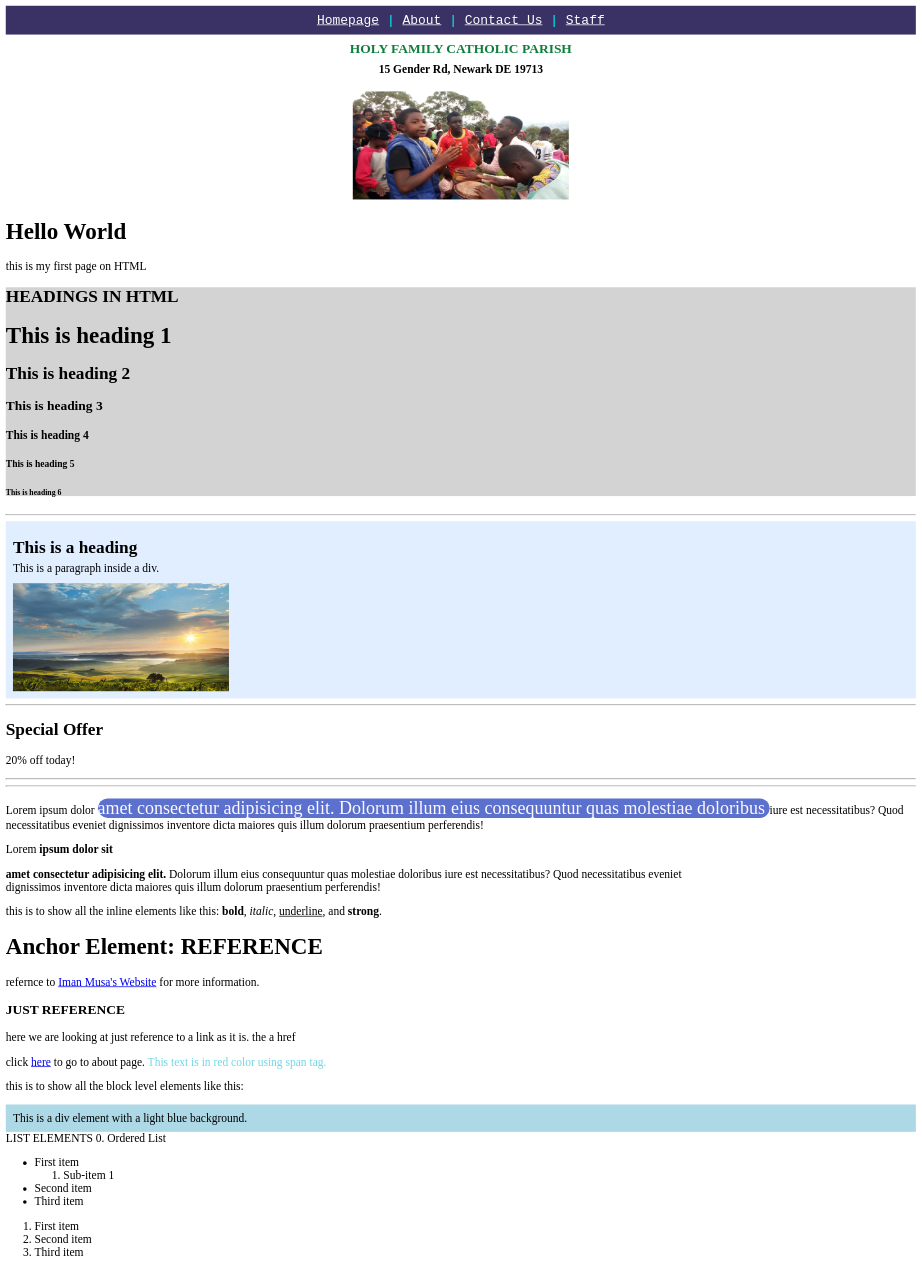
Repository: ficotims/HTML-RESTART
Page: Homepage.html
An editor plug-in stored every save of this project. The page is shown before and after the next save, followed by the edit.
The browser window is 1280 px wide. The pictures show the whole page, at 72% of full size.

Above is the page before, as saved 2026-02-10 17:10:14.

### Homepage.html
<!doctype html>
<html lang="en">
  <head>
    <meta charset="UTF-8" />
    <meta name="viewport" content="width=device-width, initial-scale=1.0" />
    <title>HTML Crash course with Iman Musa</title>
    <link rel="stylesheet" href="Style 1.css"/>
  </head>
  <body>

    <!-- NAVIGATION SECTION -->
        <div style="background-color: rgb(58, 49, 100); padding: 10px; text-align: center; color: aqua; font-size: 18px; font-family: monospace, Lemon milk;">
    <a href="Homepage.html" target="_top" style="color: white;">Homepage</a> |
    <a href="about.html" style="color: white;">About</a> | <a href="Contact us.html" style="color: white;">Contact Us</a> |
    <a href="staff.html" style="color: white;">Staff</a>
     </div>

 <div style="text-align: center;">
    <h3><span style="color: rgb(14, 126, 61);"><div style="line-height: 0;">HOLY FAMILY CATHOLIC PARISH</b></span></h3>
    <H4>15 Gender Rd, Newark DE 19713</H4>
    <img
        src="images/Acension.jpg"
        alt="Catholic Church Logo"
        width="300"
        height="150"
      />
      </div>

    <h1>Hello World</h1>
    <p>this is my first page on HTML</p>
    <!-- this is a comment and will not appear on the screen/ page -->
    <!-- let us introduce the headings -->
    <div style="background-color: lightgray; padding: px; text-align: left">
      <h2>HEADINGS IN HTML</h2>
    <h1>This is heading 1</h1>
    <h2>This is heading 2</h2>
    <h3>This is heading 3</h3>
    <h4>This is heading 4</h4>
    <h5>This is heading 5</h5>
    <h6>This is heading 6</h6>
    </div>

    <!-- here we are starting off LEARNING HOW TO USE THE <div> TAG -->
 <hr>
      <div style="background-color: rgb(224, 238, 255); padding: 10px; text-align: left; line-height: 0.5;">
  <h2>This is a heading</h2>
  <p>This is a paragraph inside a div.</p>
  <img src="images/landscape.jpg" alt="Landscape" width="300"
        height="150" />
</div>
<hr>
<div class="highlight-box">
  <h2>Special Offer</h2>
  <p>20% off today!</p>
</div>
<hr>

  <!-- SECTION AND CARDS -->


  <hr>
    <!-- thi is for paragraphs now -->
    <p>
      Lorem ipsum dolor <span class="body1">amet consectetur adipisicing elit. Dolorum illum
      eius consequuntur quas molestiae doloribus </span> iure est necessitatibus? Quod
      necessitatibus eveniet dignissimos inventore dicta maiores quis illum
      dolorum praesentium perferendis!
    </p>

    <p>
      Lorem <b>ipsum dolor sit <div>amet consectetur adipisicing elit.</b> Dolorum
      illum eius consequuntur quas molestiae doloribus iure est necessitatibus?
      Quod necessitatibus eveniet </div>dignissimos inventore dicta maiores quis illum
      dolorum praesentium perferendis!
    </p>


    <!-- this is for inline leve elements -->

    <p>
      this is to show all the inline elements like this: <b>bold</b>,
      <i>italic</i>, <u>underline</u>, and <strong>strong</strong>.
      <br />

      <!-- using the other inline elements: Anchor Elements (which are just links) -->
    </p>
    <h1>Anchor Element: REFERENCE</h1>
    refernce to
    <a href="https://www.google.com" target="_blank">Iman Musa's Website</a> for
    more information.
    <h3>JUST REFERENCE</h3>
    <p>here we are looking at just reference to a link as it is. the a href</p>
    click <a href="about.html" target="_blank">here</a> to go to about page.

    <!-- SPAN ELEMENT -->
    <span style="color: rgba(31, 190, 211, 0.63)">This text is in red color using span tag.</span>
    <p>
      <!-- now let us introduce the block level elements -->
      this is to show all the block level elements like this:
    </p>

    <div style="background-color: lightblue; padding: 10px">
      This is a div element with a light blue background.
    </div>

    <!-- this is LIST -->
<hi2>LIST ELEMENTS</h2>

    0. Ordered List

    <ul>
      <li>First item</li>
      <ol><li>Sub-item 1</li></ol>
      <li>Second item</li>
      <li>Third item</li>
    </ul>

    <ol>
      <li>First item</li>
      <li>Second item</li>
      <li>Third item</li>
    </ol>
  </body>
</html>

### Style 1.css
.body1 {
    color: rgb(255, 249, 249);
    background-color: rgb(92, 113, 206);
    border-radius: 50px;
    font-size: 25px;
}

.flyout {
    border: none;
    background-color: lightgreen;
    color: rgb(0, 0, 0);
    padding: 20px;
    margin: 15px;
    height: 250px;
    width: 200px;
}

After the next save:
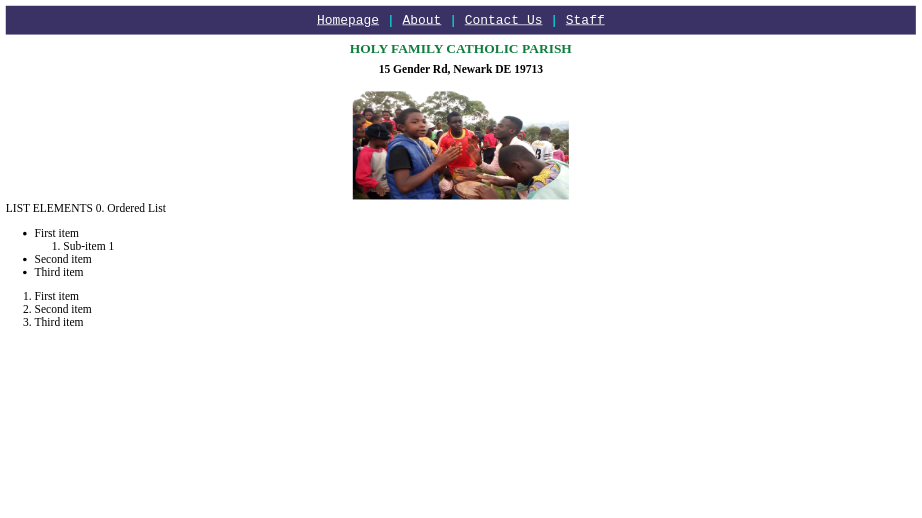
Saved 32 s later.
--- a/Homepage.html
+++ b/Homepage.html
@@ -26,83 +26,6 @@
       />
       </div>
 
-    <h1>Hello World</h1>
-    <p>this is my first page on HTML</p>
-    <!-- this is a comment and will not appear on the screen/ page -->
-    <!-- let us introduce the headings -->
-    <div style="background-color: lightgray; padding: px; text-align: left">
-      <h2>HEADINGS IN HTML</h2>
-    <h1>This is heading 1</h1>
-    <h2>This is heading 2</h2>
-    <h3>This is heading 3</h3>
-    <h4>This is heading 4</h4>
-    <h5>This is heading 5</h5>
-    <h6>This is heading 6</h6>
-    </div>
-
-    <!-- here we are starting off LEARNING HOW TO USE THE <div> TAG -->
- <hr>
-      <div style="background-color: rgb(224, 238, 255); padding: 10px; text-align: left; line-height: 0.5;">
-  <h2>This is a heading</h2>
-  <p>This is a paragraph inside a div.</p>
-  <img src="images/landscape.jpg" alt="Landscape" width="300"
-        height="150" />
-</div>
-<hr>
-<div class="highlight-box">
-  <h2>Special Offer</h2>
-  <p>20% off today!</p>
-</div>
-<hr>
-
-  <!-- SECTION AND CARDS -->
-
-
-  <hr>
-    <!-- thi is for paragraphs now -->
-    <p>
-      Lorem ipsum dolor <span class="body1">amet consectetur adipisicing elit. Dolorum illum
-      eius consequuntur quas molestiae doloribus </span> iure est necessitatibus? Quod
-      necessitatibus eveniet dignissimos inventore dicta maiores quis illum
-      dolorum praesentium perferendis!
-    </p>
-
-    <p>
-      Lorem <b>ipsum dolor sit <div>amet consectetur adipisicing elit.</b> Dolorum
-      illum eius consequuntur quas molestiae doloribus iure est necessitatibus?
-      Quod necessitatibus eveniet </div>dignissimos inventore dicta maiores quis illum
-      dolorum praesentium perferendis!
-    </p>
-
-
-    <!-- this is for inline leve elements -->
-
-    <p>
-      this is to show all the inline elements like this: <b>bold</b>,
-      <i>italic</i>, <u>underline</u>, and <strong>strong</strong>.
-      <br />
-
-      <!-- using the other inline elements: Anchor Elements (which are just links) -->
-    </p>
-    <h1>Anchor Element: REFERENCE</h1>
-    refernce to
-    <a href="https://www.google.com" target="_blank">Iman Musa's Website</a> for
-    more information.
-    <h3>JUST REFERENCE</h3>
-    <p>here we are looking at just reference to a link as it is. the a href</p>
-    click <a href="about.html" target="_blank">here</a> to go to about page.
-
-    <!-- SPAN ELEMENT -->
-    <span style="color: rgba(31, 190, 211, 0.63)">This text is in red color using span tag.</span>
-    <p>
-      <!-- now let us introduce the block level elements -->
-      this is to show all the block level elements like this:
-    </p>
-
-    <div style="background-color: lightblue; padding: 10px">
-      This is a div element with a light blue background.
-    </div>
-
     <!-- this is LIST -->
 <hi2>LIST ELEMENTS</h2>
 
